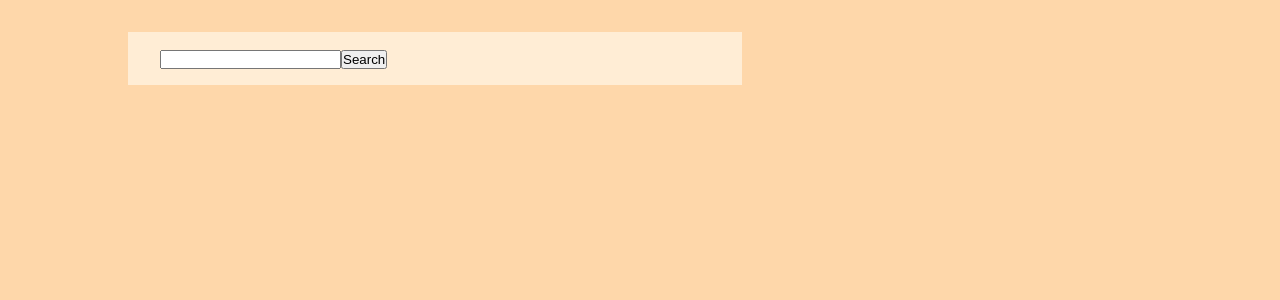
Repository: sandipkarmokar/recipeApp
Page: /
The author's editor kept a copy of each file at every save. The page is drawn from the files as they stood at one save, then again after the next save.
The browser window is 1280 px wide. The pictures show the whole page.
The project was rebuilt for these pictures with package versions that can differ from the ones it lists, and the page was loaded fresh each time.

Above is the page before, as saved 2022-04-16 11:44:41.

After the next save:
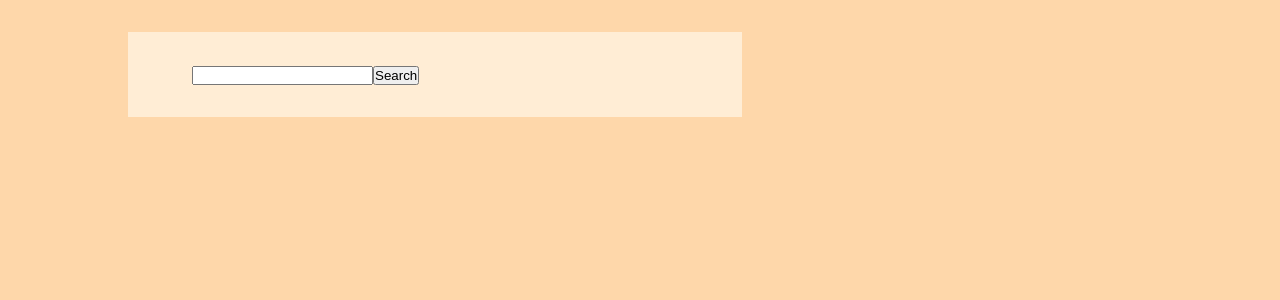
Saved 17 s later.
--- a/src/App.css
+++ b/src/App.css
@@ -21,3 +21,8 @@
     background-color: #ffedd5;
     padding: 1rem 2rem;
 }
+.app .app-container .searchBar .searchBar-container {
+    width: 60%;
+    background-color: #ffedd5;
+    padding: 1rem 2rem;
+}

After the save that followed:
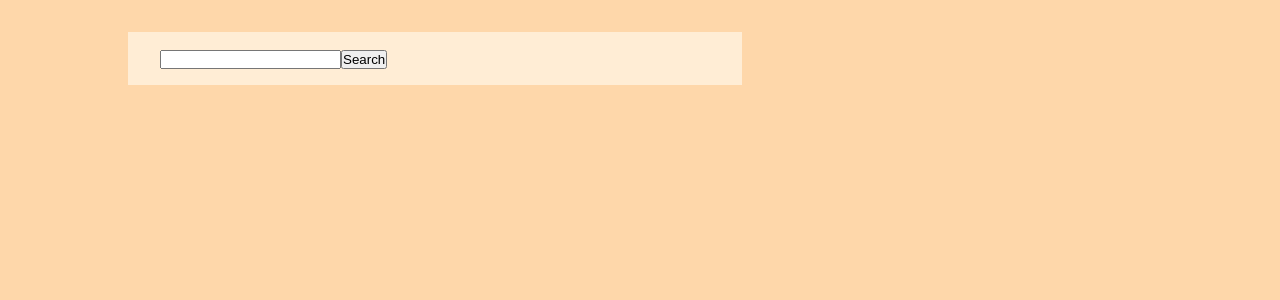
Saved 16 s later.
--- a/src/App.css
+++ b/src/App.css
@@ -22,7 +22,5 @@
     padding: 1rem 2rem;
 }
 .app .app-container .searchBar .searchBar-container {
-    width: 60%;
-    background-color: #ffedd5;
-    padding: 1rem 2rem;
+    margin: 0 auto;
 }
